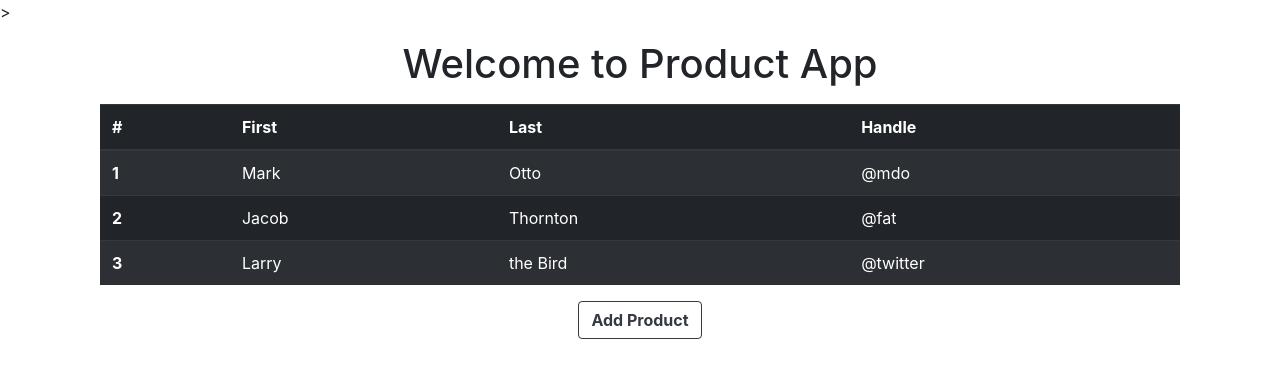
Repository: bhargav-13/Spring
Page: http://localhost/CRUD/WEB-INF/views/index.jsp
An editor plug-in stored every save of this project. The page is shown before and after the next save, followed by the edit.
The browser window is 1280 px wide. The pictures show the whole page.
Some web libraries are served in a nearby version. The page is served by Tomcat 9. Nobody is signed in. The template is opened directly, without the code that normally fills it, so the values that code supplies are empty.

Above is the page before, as saved 2023-06-08 12:05:17.

After the next save:
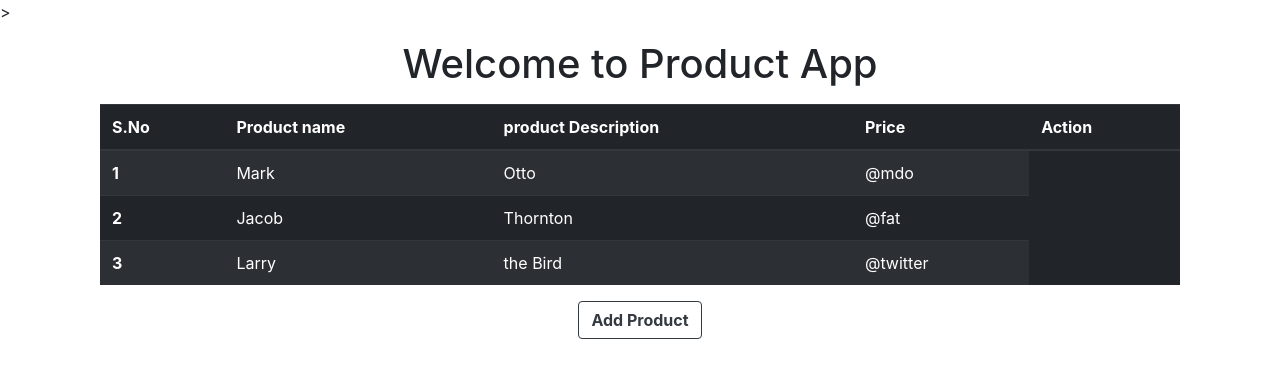
Saved 7 min 2 s later.
--- a/CRUD/src/main/webapp/WEB-INF/views/index.jsp
+++ b/CRUD/src/main/webapp/WEB-INF/views/index.jsp
@@ -13,10 +13,11 @@
 				<table class="table table-striped table-dark">
 					<thead>
 						<tr>
-							<th scope="col">#</th>
-							<th scope="col">First</th>
-							<th scope="col">Last</th>
-							<th scope="col">Handle</th>
+							<th scope="col">S.No</th>
+							<th scope="col">Product name</th>
+							<th scope="col">product Description</th>
+							<th scope="col">Price</th>
+							<th scope="col">Action</th>
 						</tr>
 					</thead>
 					<tbody>
